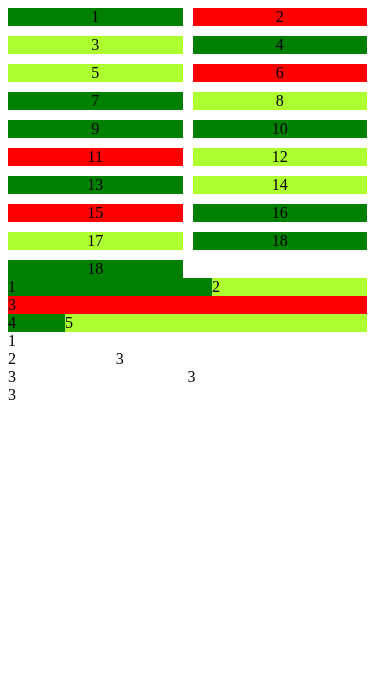
Repository: motiejus1/09-paskaita-05.31
Page: index.html
These files come from the project's save history. The page is drawn as it stood at one moment and after the next save; the edit follows.
The browser window is 375 px wide. The pictures show the whole page.

Above is the page before, as saved 2021-06-15 20:54:29.

### index.html
<!DOCTYPE html>
<html lang="en">
<head>
    <meta charset="UTF-8">
    <meta http-equiv="X-UA-Compatible" content="IE=edge">
    <meta name="viewport" content="width=device-width, initial-scale=1.0">
    <title>9 paskaita</title>
    <style>
        .grid-container {
            display: grid;
            grid-template-columns: auto auto auto;
            grid-column-gap: 10px ;
            grid-row-gap: 10px ;
        }

        @media screen and (max-width: 1000px) {
            .grid-container {
                grid-template-columns: auto auto;
            }

            .grid-item-1 {
                grid-column:auto !important;
                grid-row:auto !important;
            }
        }

        @media screen and (max-width: 500px) {
            .grid-container {
                grid-template-columns: auto auto;
            }

            .grid-item-1 {
                grid-column:auto !important;
                grid-row:auto !important;
            }
        }

        .zalia {
            background-color: green;
        }

        .raudona {
            background-color: red;
        }

        .geltona {
            background: greenyellow;
        }

        .grid-item-1 {
            /* grid-column-start: 1 ;
            grid-column-end: 3 ; */

            grid-column: 1 / span 6;

            grid-row: 1 / span 20;
        }

        /* .grid-item-2 {
            grid-column-start: 1 ;
            grid-column-end: 3 ;
            grid-row-start: 3;
            grid-row-end: 25 ;
        } */

        .grid-item {
            display:grid;
            justify-content: center;
            align-items: center;
        }
        .flex-container {
            display:flex;
            justify-content: center;
            align-items: center;
        }

        .grid-container-1 {
            display: grid;
            grid-template-areas:
            'pirmas pirmas pirmas pirmas antras antras antras'
            'trecias trecias trecias trecias trecias trecias trecias'
            'ketvirtas penktas penktas penktas penktas penktas penktas'
            'ketvirtas penktas penktas penktas penktas penktas penktas'

            ;
        }
        .grid-element-1 {
            grid-area: pirmas;
        }

        .grid-element-2 {
            grid-area: antras;
        }

        .grid-element-3 {
            grid-area: trecias;
        }

        .grid-element-4 {
            grid-area: ketvirtas;
        }

        .grid-element-5 {
            grid-area: penktas;
        }

        .grid-container-2 {
            display:grid;
            grid-template-columns: 10% 10% 10% 10% 10% 10% 10% 10% 10% 10%
        }

        .grid1 {
            /* width: 100%; */
            grid-column: 1 / span 10;
        }

        .grid2 {
            grid-column: 1 / span 3;
        }

        .grid3 {
            grid-column: 4 / span 10;
        }

        .grid4 {
            grid-column: 1 /span 5;
        }

        .grid5 {
            grid-column:  6 /span 10;
        }

        .grid6 {
            grid-column:  1 /span 7;
        }

    </style>
</head>
<body>
    <div class="grid-container">
        <div class="grid-item grid-item-1 zalia">
            1
        </div>
        <div class="grid-item grid-item-2 raudona">
            2
        </div>
        <div class="grid-item grid-item-3 geltona">3</div>
        <div class="grid-item grid-item-4 zalia">4</div>
        <div class="grid-item geltona">5</div>
        <div class="grid-item raudona">6</div>
        <div class="grid-item zalia">7</div>
        <div class="grid-item geltona">8</div>
        <div class="grid-item zalia">9</div>
        <div class="grid-item zalia">10</div>
        <div class="grid-item raudona">11</div>
        <div class="grid-item geltona">12</div>
        <div class="grid-item zalia">13</div>
        <div class="grid-item geltona">14</div>
        <div class="grid-item raudona">15</div>
        <div class="grid-item zalia">16</div>
        <div class="grid-item geltona">17</div>
        <div class="grid-item zalia">18</div>
        <div class="flex-container zalia">18</div>
    </div>

    <div class="grid-container-1">
        <div class="grid-element-1 zalia">1</div>
        <div class="grid-element-2 geltona">2</div>
        <div class="grid-element-3 raudona">3</div>
        <div class="grid-element-4 zalia">4</div>
        <div class="grid-element-5 geltona">5</div>
    </div>

    <div class="grid-container-2">
        <div class="grid1 plotis100">1</div>
        <div class="grid2 plotis30">2</div>
        <div class="grid3 plotis70">3</div>
        <div class="grid4 plotis50">3</div>
        <div class="grid5 plotis50">3</div>
        <div class="grid6 plotis65">3</div>
    </div>

</body>
</html>

After the next save:
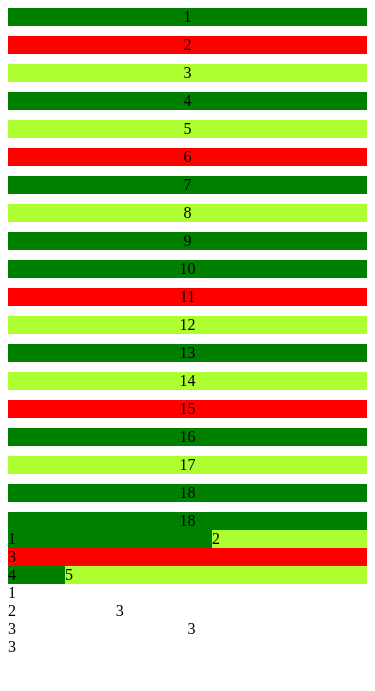
Saved 4 s later.
--- a/index.html
+++ b/index.html
@@ -26,7 +26,7 @@
 
         @media screen and (max-width: 500px) {
             .grid-container {
-                grid-template-columns: auto auto;
+                grid-template-columns: auto;
             }
 
             .grid-item-1 {
